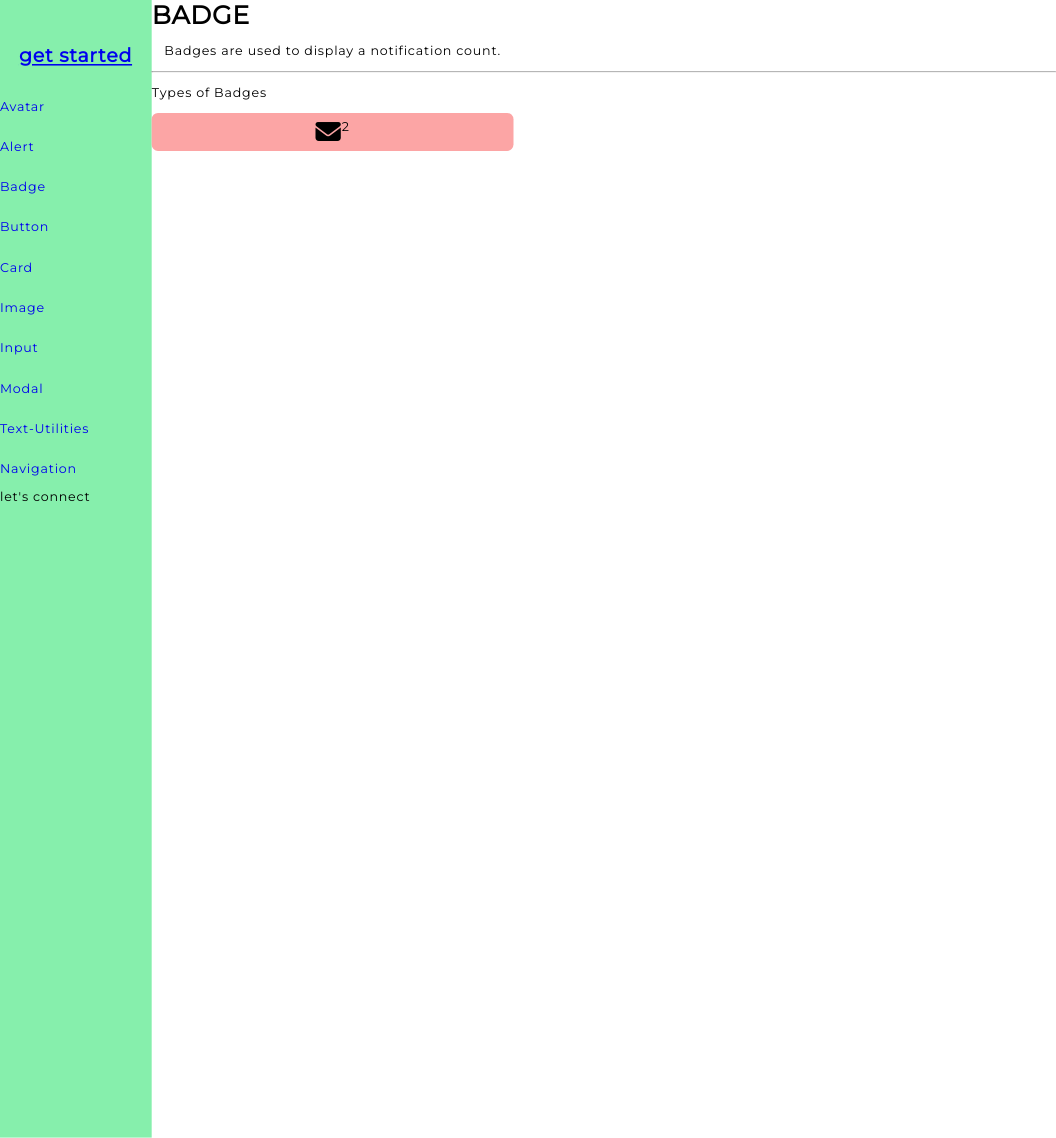
Repository: Anasooya2601/Components_UI
Page: components/Badge/Badge.html
An editor plug-in stored every save of this project. The page is shown before and after the next save, followed by the edit.
The browser window is 1280 px wide. The page is 1337 px wide, so the pictures cover 1337 px, including what lies to the right of the window. The pictures show the whole page, at 79% of full size.
Some web libraries are served in a nearby version.

Above is the page before, as saved 2022-02-12 13:05:37.
Not found: components/
Not found: components/Avatar/index.css

After the next save:
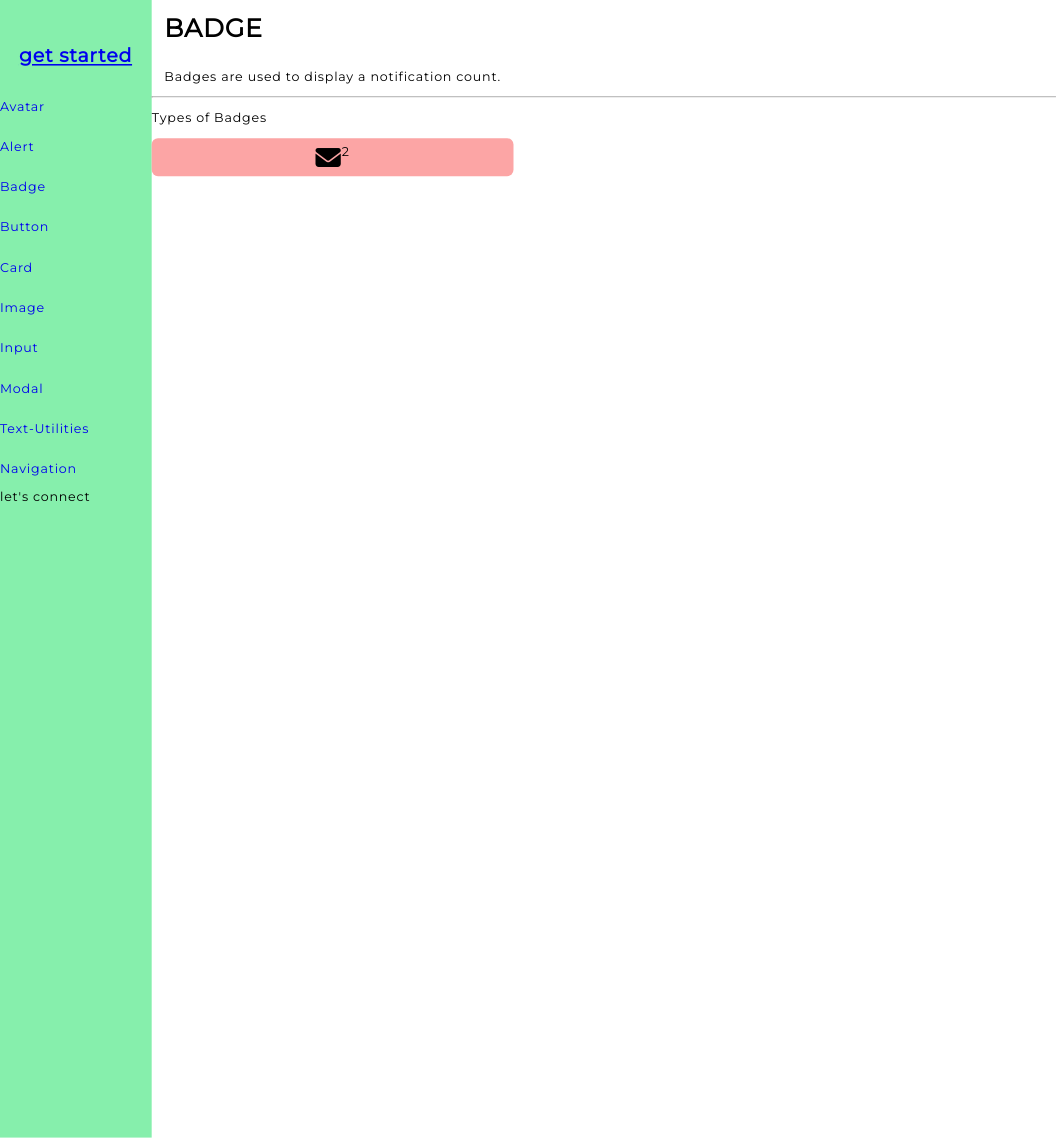
Saved 41 s later.
--- a/main/main.css
+++ b/main/main.css
@@ -95,3 +95,6 @@ hr{
 .para{
     padding: 1rem;
 }
+.text-header{
+    padding: 1rem;
+}
